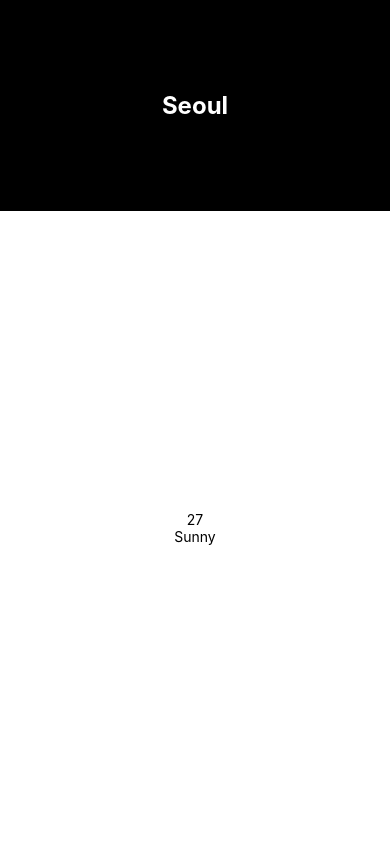
Repository: NewTurn2017/React-Native-Weather-App
Screen: /
The author's editor kept a copy of each file at every save. The screen is drawn from the files as they stood at one save, then again after the next save.
The app was drawn by React Native's web renderer in a window 390 px wide. The project was rebuilt for these pictures with package versions that can differ from the ones it lists, and the page was loaded fresh each time.

Above is the screen before, as saved 2023-04-21 10:56:54.

After the next save:
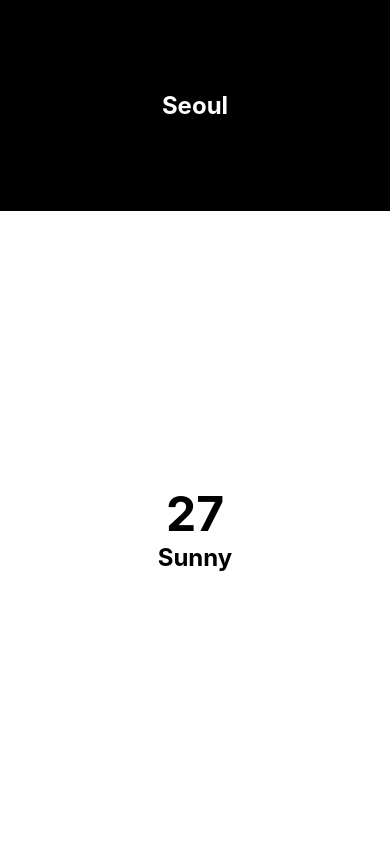
Saved 38 s later.
--- a/App.js
+++ b/App.js
@@ -10,8 +10,8 @@ export default function App() {
       </View>
       <View style={styles.weather}>
         <View style={styles.day}>
-          <Text styles={styles.temp}>27</Text>
-          <Text styles={styles.description}>Sunny</Text>
+          <Text style={styles.temp}>27</Text>
+          <Text style={styles.description}>Sunny</Text>
         </View>
       </View>
     </View>
